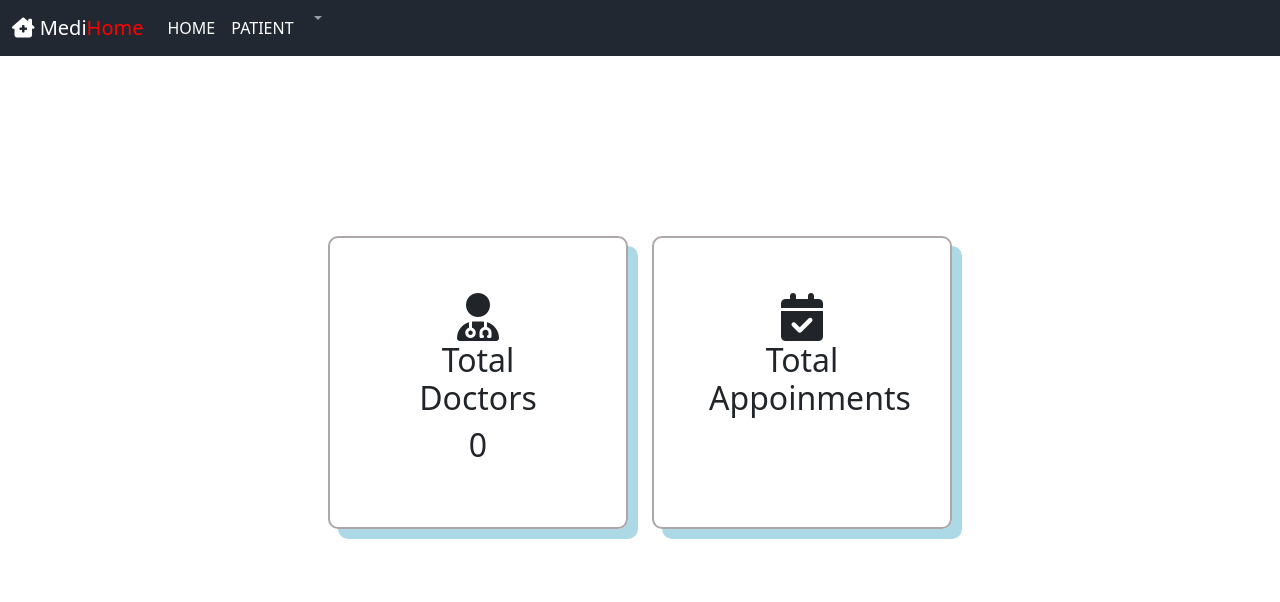
Repository: SparshGarg1/Hospital-Management-System
Page: http://localhost/Hospital/UpdateDoctorfromdoctoreditprofile?id1=0
The author's editor kept a copy of each file at every save. The page is drawn from the files as they stood at one save, then again after the next save.
The browser window is 1280 px wide. The pictures show the whole page.
Some web libraries are served in a nearby version. The page is served by Tomcat 9. Other server files are loaded and not shown. Queries for data that is not in the repository find no rows.

Above is the page before, as saved 2022-08-21 06:05:01.

### Hospital/WebContent/doctorportal.jsp
<%@page import="java.sql.Statement"%>
<%@page import="java.sql.ResultSet"%>
<%@page errorPage="component/error.jsp" %>
<%@ include file="component/db.jsp" %>
<%@ page language="java" contentType="text/html; charset=ISO-8859-1"
    pageEncoding="ISO-8859-1"%>
<!DOCTYPE html PUBLIC "-//W3C//DTD HTML 4.01 Transitional//EN" "http://www.w3.org/TR/html4/loose.dtd">
<html>
<head>
<meta http-equiv="Content-Type" content="text/html; charset=ISO-8859-1">
<title>Insert title here</title>
<%@ include file="component/allcss.jsp" %>
<style>
        .container{
            position: relative;
            top: 25vh;
            display: flex;
            justify-content: center;
            flex-wrap: wrap;
        }
        .box1{
            border: 2px solid rgb(173, 167, 167);
            padding: 55px;
            border-radius: 10px;
            width: 300px;
            text-align: center;
            margin: 0 12px;
            box-shadow: 10px 10px lightblue;
            color: #212529;
        }
    </style>
</head>
<body>
<!-- Taking out name of user from email -->
<%
	HttpSession ses=request.getSession();
	String email =(String) ses.getAttribute("uid");
	String qrp = "select * from doctor where email=?";
	PreparedStatement ps = con.prepareStatement(qrp);
	ps.setString(1, email);
	String name="";
	ResultSet rsp = ps.executeQuery();
	if(rsp.next())
	{
	name = rsp.getString("name");
	}
%>
<nav class="navbar navbar-expand-lg navbar-dark" style="background-color:#222831;">
  <div class="container-fluid">
    <a class="navbar-brand" href="index.jsp"><i class="fas fa-clinic-medical"></i> Medi<span style="color:red;">Home</span></a>
    <button class="navbar-toggler" type="button" data-bs-toggle="collapse" data-bs-target="#navbarSupportedContent" aria-controls="navbarSupportedContent" aria-expanded="false" aria-label="Toggle navigation">
      <span class="navbar-toggler-icon"></span>
    </button>
    <div class="collapse navbar-collapse" id="navbarSupportedContent">
      <ul class="navbar-nav  mb-2 mb-lg-0">
        <li class="nav-item">
          <a class="nav-link active" aria-current="page" href="doctorportal.jsp">HOME</a>
        </li>
        <li class="nav-item">
          <a class="nav-link active" aria-current="page" href="doctorpatient.jsp">PATIENT</a>
        </li>
        <li class="nav-item dropdown">
          <a class="nav-link dropdown-toggle" href="#" id="navbarDropdown" role="button" data-bs-toggle="dropdown" aria-expanded="false">
            <%=name %>
          </a>
          <ul class="dropdown-menu" aria-labelledby="navbarDropdown">
          	<li><a class="dropdown-item" href="doctoreditprofile.jsp">Edit Profile</a></li>
            <li><a class="dropdown-item" href="DoctorLogout">Logout</a></li>
          </ul>
        </li>
      </ul>
    </div>
  </div>
</nav>
<!-- Showing Doctor Count -->

<%
String qr = "select * from doctor";
Statement st = con.createStatement();
ResultSet rs = st.executeQuery(qr);
int i=0;
while(rs.next())
{
	i++;
}
%>


<!--Appoinment count  -->
<%-- <%
String qr2 = "";
Statement st2 = con.createStatement();
ResultSet rs2 = st2.executeQuery(qr2);
int k=0;
while(rs2.next())
{
	k++;
}
%> --%>

<!-- creating 3 box for showing data  -->
<div class="container">
        <div class="doc box1">
            <i class="fa fa-user-doctor fa-3x" "></i>
            <h2>Total Doctors</h2>
            <h2><%=i %></h2>
        </div>
        <div class="appo box1">
            <i class="fa fa-calendar-check fa-3x"></i>
            <h2>Total Appoinments</h2>
            <%-- <h2><%=k %></h2> --%>
        </div>
    </div>
</body>
</html>

### Hospital/WebContent/component/db.jsp

<%@page import="java.sql.Connection" %>
<%@page import="java.sql.DriverManager" %>
<%@page import="java.sql.PreparedStatement" %>
<%
Class.forName("com.mysql.jdbc.Driver");
Connection con=DriverManager.getConnection("jdbc:mysql://localhost:3306/hos","root","sparsh1574");
%>

### Hospital/WebContent/component/allcss.jsp
<link rel="stylesheet" href="https://cdnjs.cloudflare.com/ajax/libs/font-awesome/6.1.2/css/all.min.css" integrity="sha512-1sCRPdkRXhBV2PBLUdRb4tMg1w2YPf37qatUFeS7zlBy7jJI8Lf4VHwWfZZfpXtYSLy85pkm9GaYVYMfw5BC1A==" crossorigin="anonymous" referrerpolicy="no-referrer" />
<link href="https://cdn.jsdelivr.net/npm/bootstrap@5.0.2/dist/css/bootstrap.min.css" rel="stylesheet" integrity="sha384-EVSTQN3/azprG1Anm3QDgpJLIm9Nao0Yz1ztcQTwFspd3yD65VohhpuuCOmLASjC" crossorigin="anonymous">
<script src="https://cdn.jsdelivr.net/npm/bootstrap@5.0.2/dist/js/bootstrap.bundle.min.js" integrity="sha384-MrcW6ZMFYlzcLA8Nl+NtUVF0sA7MsXsP1UyJoMp4YLEuNSfAP+JcXn/tWtIaxVXM" crossorigin="anonymous"></script>

### Hospital/src/UpdateDoctorfromdoctoreditprofile.java


import java.io.IOException;
import java.io.PrintWriter;
import java.sql.Connection;
import java.sql.DriverManager;
import java.sql.PreparedStatement;

import javax.servlet.RequestDispatcher;
import javax.servlet.ServletException;
import javax.servlet.annotation.WebServlet;
import javax.servlet.http.HttpServlet;
import javax.servlet.http.HttpServletRequest;
import javax.servlet.http.HttpServletResponse;

/**
 * Servlet implementation class UpdateDoctorfromdoctoreditprofile
 */
@WebServlet("/UpdateDoctorfromdoctoreditprofile")
public class UpdateDoctorfromdoctoreditprofile extends HttpServlet {
	private static final long serialVersionUID = 1L;

	/**
	 * @see HttpServlet#service(HttpServletRequest request, HttpServletResponse response)
	 */
	protected void service(HttpServletRequest request, HttpServletResponse response) throws ServletException, IOException {
		PrintWriter out = response.getWriter();
		response.setContentType("text/html");
		String id = request.getParameter("id1");
		String name = request.getParameter("name");
		String dob = request.getParameter("dob");
		String qualification = request.getParameter("qualification");
		String specialist = request.getParameter("specialist");
		String email = request.getParameter("email");
		String mobile = request.getParameter("mobile");

		try {
			Class.forName("com.mysql.jdbc.Driver");
			Connection con = DriverManager.getConnection("jdbc:mysql://localhost:3306/hos", "root", "sparsh1574");
			String qr="update doctor set name=?, dob=?, qualification=?, specialist=?,  mobile=? where id =?";
			PreparedStatement ps = con.prepareStatement(qr);
			ps.setString(1, name);
			ps.setString(2, dob);
			ps.setString(3, qualification);
			ps.setString(4, specialist);
			ps.setString(5, mobile);
			ps.setString(6, id);
			int i = ps.executeUpdate();
			if(i>0){
				RequestDispatcher rd = request.getRequestDispatcher("doctoreditprofile.jsp?");
				rd.include(request, response);
				out.println("<script>window.alert('Updated Sucessfully');</script>");
			}
			else{
				RequestDispatcher rd = request.getRequestDispatcher("doctorportal.jsp");
				rd.include(request, response);
				out.println("<script>window.alert('Not Updated Sucessfully');</script>");
			}
		} catch (Exception e) {
			// TODO: handle exception
			out.println(e);
		}
	}

}

After the next save:
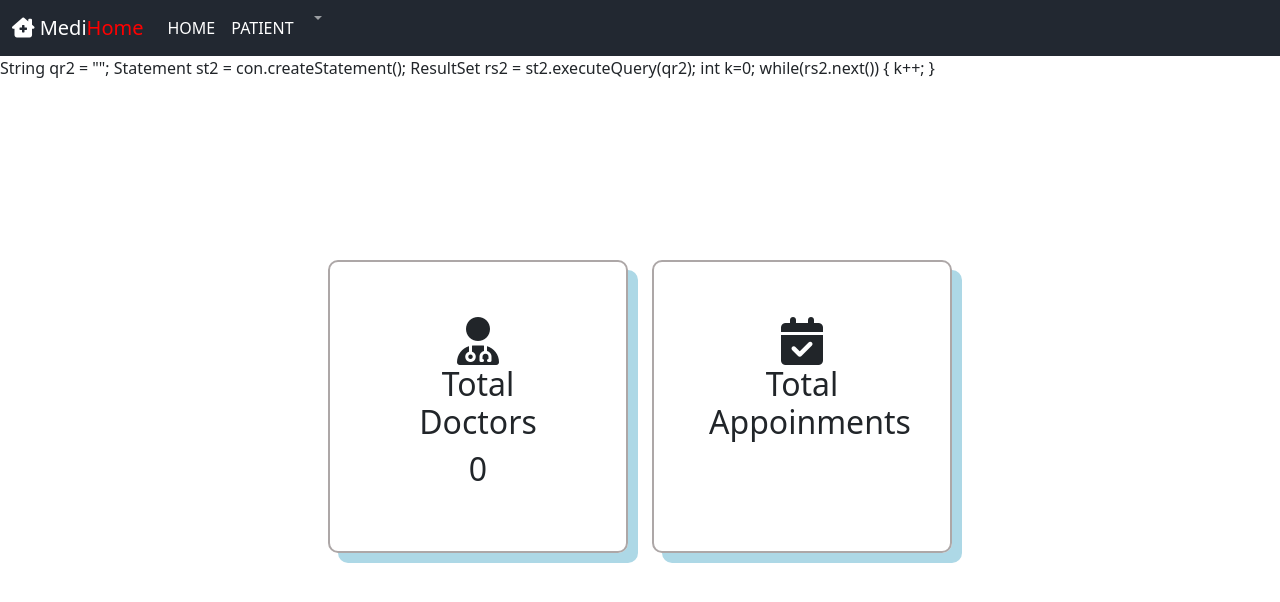
Saved 83 s later.
--- a/Hospital/WebContent/doctorportal.jsp
+++ b/Hospital/WebContent/doctorportal.jsp
@@ -87,7 +87,7 @@ while(rs.next())
 
 
 <!--Appoinment count  -->
-<%-- <%
+
 String qr2 = "";
 Statement st2 = con.createStatement();
 ResultSet rs2 = st2.executeQuery(qr2);
@@ -96,7 +96,7 @@ while(rs2.next())
 {
 	k++;
 }
-%> --%>
+
 
 <!-- creating 3 box for showing data  -->
 <div class="container">
